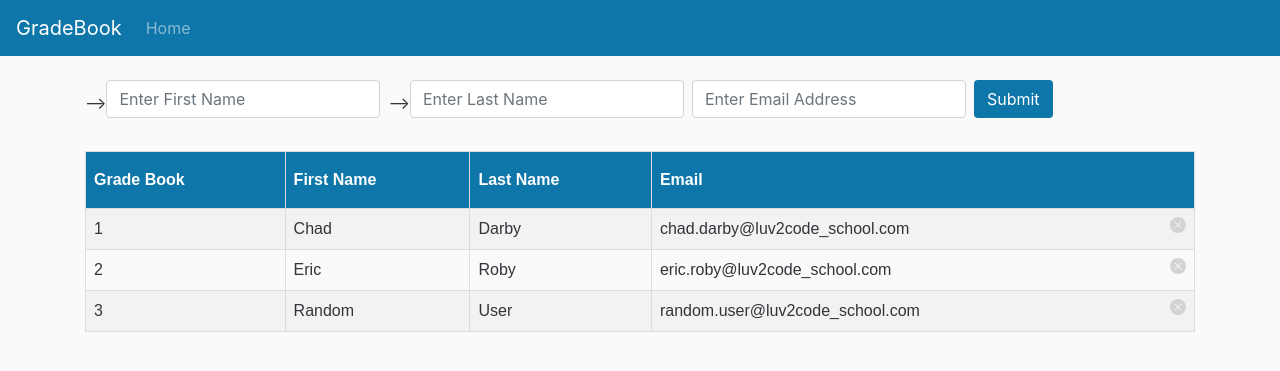
Repository: lamichhanemahesh/JUNIT-Mockito
Page: http://localhost/index
These files come from the project's save history. The page is drawn as it stood at one moment and after the next save; the edit follows.
The browser window is 1280 px wide. The pictures show the whole page.
Some web libraries are served in a nearby version. The page is this project's Thymeleaf template; nobody is signed in. The template is opened directly, without the code that normally fills it, so the values that code supplies are empty.

Above is the page before, as saved 2023-06-07 19:06:23.

### 4.Testing Spring Boot MVC Web Apps/src/main/resources/templates/index.html
<!DOCTYPE html>
<html xmlns:th="http://www.thymeleaf.org">
<head>
    <!-- Required meta tags -->
    <meta charset="utf-8">
    <meta name="viewport" content="width=device-width, initial-scale=1, shrink-to-fit=no">
    <meta charset="ISO-8859-1">
    <title>Grade Book App</title>

    <link rel="stylesheet" href="https://maxcdn.bootstrapcdn.com/bootstrap/4.0.0/css/bootstrap.min.css"
          integrity="sha384-Gn5384xqQ1aoWXA+058RXPxPg6fy4IWvTNh0E263XmFcJlSAwiGgFAW/dAiS6JXm" crossorigin="anonymous">

    <link rel="stylesheet"
          th:href="@{/cssandjs/main.css}"/>


</head>


<body>

<nav class="navbar navbar-expand-md navbar-dark main-color fixed-top">
    <a class="navbar-brand" href="/">GradeBook</a>
    <button class="navbar-toggler" type="button" data-toggle="collapse" data-target="#navbarNav"
            aria-controls="navbarNav" aria-expanded="false" aria-label="Toggle navigation">
        <span class="navbar-toggler-icon"></span>
    </button>
    <div class="collapse navbar-collapse" id="navbarNav">
        <ul class="navbar-nav">
            <li class="nav-item">
                <a class="nav-link" href="/">Home </a>
            </li>
        </ul>
    </div>
</nav>

<div class="container">

    	<form class="form-inline" method="POST" th:action="@{/}" th:object="${student}">
    		<label class="sr-only" for="firstname">First Name</label>-->
    		<input type="text" class="form-control mb-2 mr-sm-2" name="firstname" placeholder="Enter First Name" required>

    		<label class="sr-only" for="lastname">Last Name</label>-->
    		<input type="text" class="form-control mb-2 mr-sm-2" name="lastname" placeholder="Enter Last Name" required>

    		<label class="sr-only" for="emailAddress">Email Address</label>
    		<input type="text" class="form-control mb-2 mr-sm-2" name="emailAddress" placeholder="Enter Email Address" required>


    		<button type="submit" class="btn btn-color mb-2">Submit</button>
    	</form>




    <table class="students">
        <tr>
            <th>Grade Book</th>
            <th>First Name</th>
            <th>Last Name</th>
            <th>Email</th>
        </tr>

        	<tr th:each="student, iterator : ${students}" >
        		<td th:text="${iterator.index + 1}" th:onclick="|studentInfo('${student.id}');|"></td>
        		<td th:text="${student.firstname}" th:onclick="|studentInfo('${student.id}');|"></td>
        		<td th:text="${student.lastname}" th:onclick="|studentInfo('${student.id}');|"></td>
        		<td > <span  th:text="${student.emailAddress}" th:onclick="|studentInfo('${student.id}');|"></span>
        		<span>
        			<svg xmlns="http://www.w3.org/2000/svg" width="16" height="16" fill="currentColor" class="bi bi-x-circle-fill float-right pointer" style="color: #d3d3d3" viewBox="0 0 16 16" th:onclick="|deleteStudent('${student.id}');|">
          <path d="M16 8A8 8 0 1 1 0 8a8 8 0 0 1 16 0zM5.354 4.646a.5.5 0 1 0-.708.708L7.293 8l-2.647 2.646a.5.5 0 0 0 .708.708L8 8.707l2.646 2.647a.5.5 0 0 0 .708-.708L8.707 8l2.647-2.646a.5.5 0 0 0-.708-.708L8 7.293 5.354 4.646z"/>
        </svg>
        		</span>
        		</td>
        	</tr>

        <tr>
            <td> 1</td>
            <td> Chad</td>
            <td> Darby</td>
            <td><span>  chad.darby@luv2code_school.com</span>
                <span>
			<svg xmlns="http://www.w3.org/2000/svg" width="16" height="16" fill="currentColor"
                 class="bi bi-x-circle-fill float-right pointer" style="color: #d3d3d3" viewBox="0 0 16 16">
  <path d="M16 8A8 8 0 1 1 0 8a8 8 0 0 1 16 0zM5.354 4.646a.5.5 0 1 0-.708.708L7.293 8l-2.647 2.646a.5.5 0 0 0 .708.708L8 8.707l2.646 2.647a.5.5 0 0 0 .708-.708L8.707 8l2.647-2.646a.5.5 0 0 0-.708-.708L8 7.293 5.354 4.646z"/>
</svg>
		</span>
            </td>
        </tr>

        <tr>
            <td> 2</td>
            <td> Eric</td>
            <td> Roby</td>
            <td><span>  eric.roby@luv2code_school.com</span>
                <span>
			<svg xmlns="http://www.w3.org/2000/svg" width="16" height="16" fill="currentColor"
                 class="bi bi-x-circle-fill float-right pointer" style="color: #d3d3d3" viewBox="0 0 16 16">
  <path d="M16 8A8 8 0 1 1 0 8a8 8 0 0 1 16 0zM5.354 4.646a.5.5 0 1 0-.708.708L7.293 8l-2.647 2.646a.5.5 0 0 0 .708.708L8 8.707l2.646 2.647a.5.5 0 0 0 .708-.708L8.707 8l2.647-2.646a.5.5 0 0 0-.708-.708L8 7.293 5.354 4.646z"/>
</svg>
		</span>
            </td>
        </tr>

        <tr>
            <td> 3</td>
            <td> Random</td>
            <td> User</td>
            <td><span>  random.user@luv2code_school.com</span>
                <span>
			<svg xmlns="http://www.w3.org/2000/svg" width="16" height="16" fill="currentColor"
                 class="bi bi-x-circle-fill float-right pointer" style="color: #d3d3d3" viewBox="0 0 16 16">
  <path d="M16 8A8 8 0 1 1 0 8a8 8 0 0 1 16 0zM5.354 4.646a.5.5 0 1 0-.708.708L7.293 8l-2.647 2.646a.5.5 0 0 0 .708.708L8 8.707l2.646 2.647a.5.5 0 0 0 .708-.708L8.707 8l2.647-2.646a.5.5 0 0 0-.708-.708L8 7.293 5.354 4.646z"/>
</svg>
		</span>
            </td>
        </tr>

    </table>
</div>
<script src="https://code.jquery.com/jquery-3.2.1.slim.min.js"
        integrity="sha384-KJ3o2DKtIkvYIK3UENzmM7KCkRr/rE9/Qpg6aAZGJwFDMVNA/GpGFF93hXpG5KkN"
        crossorigin="anonymous"></script>
<script src="https://cdnjs.cloudflare.com/ajax/libs/popper.js/1.12.9/umd/popper.min.js"
        integrity="sha384-ApNbgh9B+Y1QKtv3Rn7W3mgPxhU9K/ScQsAP7hUibX39j7fakFPskvXusvfa0b4Q"
        crossorigin="anonymous"></script>
<script src="https://maxcdn.bootstrapcdn.com/bootstrap/4.0.0/js/bootstrap.min.js"
        integrity="sha384-JZR6Spejh4U02d8jOt6vLEHfe/JQGiRRSQQxSfFWpi1MquVdAyjUar5+76PVCmYl"
        crossorigin="anonymous"></script>
<script type="text/javascript" th:src="@{/cssandjs/js/main.js}"></script>
</body>
</html>

### 4.Testing Spring Boot MVC Web Apps/src/main/resources/static/cssandjs/main.css
.students {
  font-family: Arial;
  border-collapse: collapse;
  width: 100%;
  margin-top: 25px;
}

.students td, .students th {
  border: 1px solid #ddd;
  padding: 8px;
}

.students tr:nth-child(even){background-color: #f2f2f2;}

.students tr:hover {background-color: #ddd;}

.students th {
  padding-top: 16px;
  padding-bottom: 16px;
  text-align: left;
  background-color: #0e76a8;
  color: white;
}

body {
  background: #fafafa;
  color: #33333a;
  margin-top: 5rem;
}

h1, h2, h3, h4, h5, h6 {
  color: #323232;
}

.main-color {
  background-color: #0e76a8 ;
}

.pointer {
cursor: pointer;
}

.btn-color {
  background-color: #0e76a8 ;
  color: white;
}

.hide {
display: none;
}

.form {
margin: 10px;
}

### 4.Testing Spring Boot MVC Web Apps/src/main/resources/static/cssandjs/js/main.js
  function showOrHideGrade(gradeType) {
        if (gradeType === "math") {
              var x = document.getElementById("mathGrade");
              if (x.style.display === "none") {
                x.style.display = "block";
              } else {
                x.style.display = "none";
              }
        }
        if (gradeType === "science") {
             var x = document.getElementById("scienceGrade");
             if (x.style.display === "none") {
                 x.style.display = "block";
            } else {
                x.style.display = "none";
            }
          }
        if (gradeType === "history") {
             var x = document.getElementById("historyGrade");
             if (x.style.display === "none") {
                 x.style.display = "block";
            } else {
                x.style.display = "none";
            }
          }
    }

    function deleteStudent(id) {
    window.location.href = "/delete/student/" + id;
    }

    function deleteMathGrade(id) {
    window.location.href = "/grades/" + id + "/" + "math";
    }

    function deleteScienceGrade(id) {
    window.location.href = "/grades/" + id + "/" + "science";
    }

    function deleteHistoryGrade(id) {
    window.location.href = "/grades/" + id + "/" + "history";
    }

    function studentInfo(id) {
        window.location.href = "/studentInformation/" + id;
    }

After the next save:
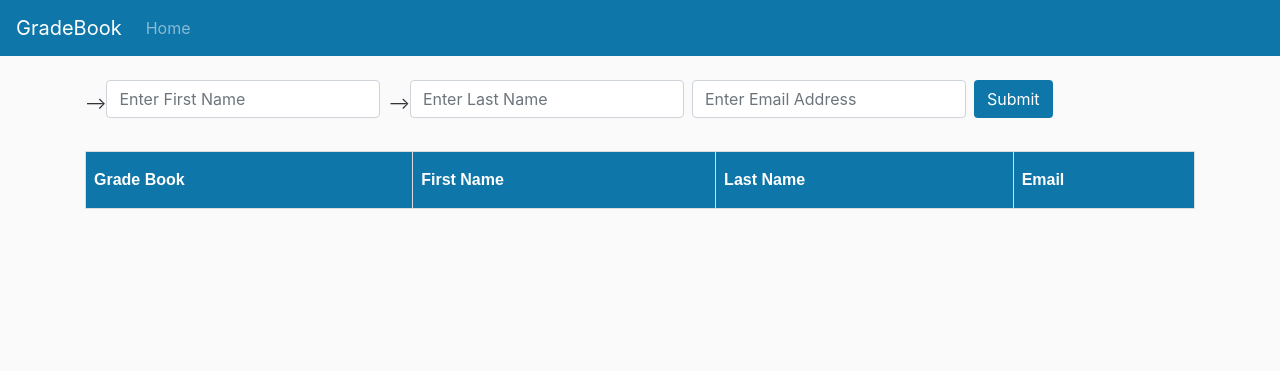
Saved 2 min 17 s later.
--- a/4.Testing Spring Boot MVC Web Apps/src/main/resources/templates/index.html
+++ b/4.Testing Spring Boot MVC Web Apps/src/main/resources/templates/index.html
@@ -74,47 +74,7 @@
         		</td>
         	</tr>
 
-        <tr>
-            <td> 1</td>
-            <td> Chad</td>
-            <td> Darby</td>
-            <td><span>  chad.darby@luv2code_school.com</span>
-                <span>
-			<svg xmlns="http://www.w3.org/2000/svg" width="16" height="16" fill="currentColor"
-                 class="bi bi-x-circle-fill float-right pointer" style="color: #d3d3d3" viewBox="0 0 16 16">
-  <path d="M16 8A8 8 0 1 1 0 8a8 8 0 0 1 16 0zM5.354 4.646a.5.5 0 1 0-.708.708L7.293 8l-2.647 2.646a.5.5 0 0 0 .708.708L8 8.707l2.646 2.647a.5.5 0 0 0 .708-.708L8.707 8l2.647-2.646a.5.5 0 0 0-.708-.708L8 7.293 5.354 4.646z"/>
-</svg>
-		</span>
-            </td>
-        </tr>
 
-        <tr>
-            <td> 2</td>
-            <td> Eric</td>
-            <td> Roby</td>
-            <td><span>  eric.roby@luv2code_school.com</span>
-                <span>
-			<svg xmlns="http://www.w3.org/2000/svg" width="16" height="16" fill="currentColor"
-                 class="bi bi-x-circle-fill float-right pointer" style="color: #d3d3d3" viewBox="0 0 16 16">
-  <path d="M16 8A8 8 0 1 1 0 8a8 8 0 0 1 16 0zM5.354 4.646a.5.5 0 1 0-.708.708L7.293 8l-2.647 2.646a.5.5 0 0 0 .708.708L8 8.707l2.646 2.647a.5.5 0 0 0 .708-.708L8.707 8l2.647-2.646a.5.5 0 0 0-.708-.708L8 7.293 5.354 4.646z"/>
-</svg>
-		</span>
-            </td>
-        </tr>
-
-        <tr>
-            <td> 3</td>
-            <td> Random</td>
-            <td> User</td>
-            <td><span>  random.user@luv2code_school.com</span>
-                <span>
-			<svg xmlns="http://www.w3.org/2000/svg" width="16" height="16" fill="currentColor"
-                 class="bi bi-x-circle-fill float-right pointer" style="color: #d3d3d3" viewBox="0 0 16 16">
-  <path d="M16 8A8 8 0 1 1 0 8a8 8 0 0 1 16 0zM5.354 4.646a.5.5 0 1 0-.708.708L7.293 8l-2.647 2.646a.5.5 0 0 0 .708.708L8 8.707l2.646 2.647a.5.5 0 0 0 .708-.708L8.707 8l2.647-2.646a.5.5 0 0 0-.708-.708L8 7.293 5.354 4.646z"/>
-</svg>
-		</span>
-            </td>
-        </tr>
 
     </table>
 </div>
